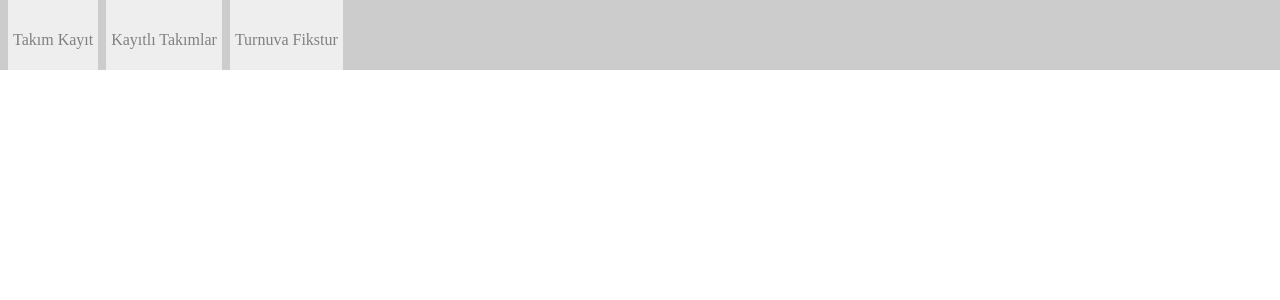
Repository: oktembaris77/internet_final
Page: http://localhost/internetfinal/
The author's editor kept a copy of each file at every save. The page is drawn from the files as they stood at one save, then again after the next save.
The browser window is 1280 px wide. The pictures show the whole page.
The page is served by Tomcat 9. Other server files are loaded and not shown.

Above is the page before, as saved 2020-05-11 19:31:25.

### internetfinal/WebContent/index.jsp
<%@ page language="java" contentType="text/html; charset=UTF-8"
    pageEncoding="UTF-8"%>
<!DOCTYPE html>
<html>
<head>
<meta charset="ISO-8859-1">
<title>Takım Kayıt</title>
<meta charset="utf-8"/>
<style>
*{
	margin:0;padding:0;
}

#ustmenu{
width:100%;
height:70px;
background-color:#ccc;
}
a{
text-decoration:none;
color:gray;
}

#sayfabtn{
height:70px;
min-width:90px;
background-color:#eee;
color:white;
text-align:center;
margin-left:8px;
text-decoration:none;
padding:5px;
box-sizing:border-box;
line-height:70px;
float:left;
}

#sayfabtn:hover{
transition:0.2s;
background-color:#ccc;
color:gray;
}

</style>
</head>
<body>
	<div id="ustmenu">
		<div id="sayfabtn">
			<a href = "google.com">Takım Kayıt</a>
		</div>
		<div id="sayfabtn">
			<a href = "google.com">Kayıtlı Takımlar</a>
		</div>
		<div id="sayfabtn">
			<a href = "google.com">Turnuva Fikstur</a>
		</div>


	</div>
</body>
</html>

After the next save:
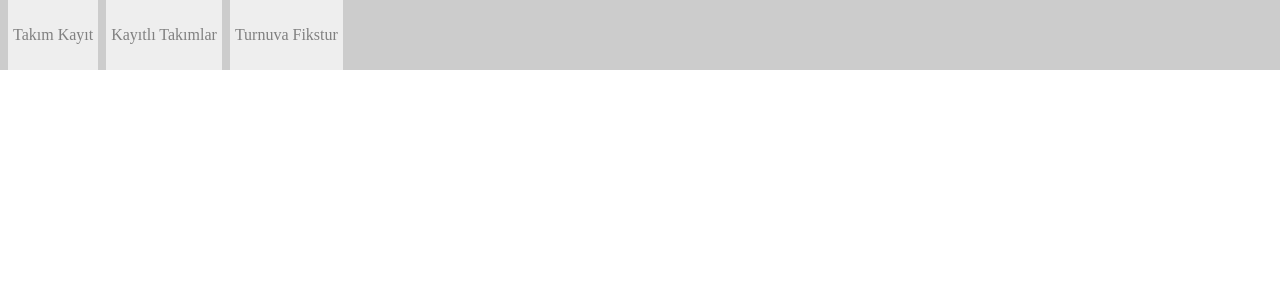
Saved 44 s later.
--- a/internetfinal/WebContent/index.jsp
+++ b/internetfinal/WebContent/index.jsp
@@ -29,7 +29,7 @@ color:white;
 text-align:center;
 margin-left:8px;
 text-decoration:none;
-padding:5px;
+padding:0px 5px 0px 5px;
 box-sizing:border-box;
 line-height:70px;
 float:left;
